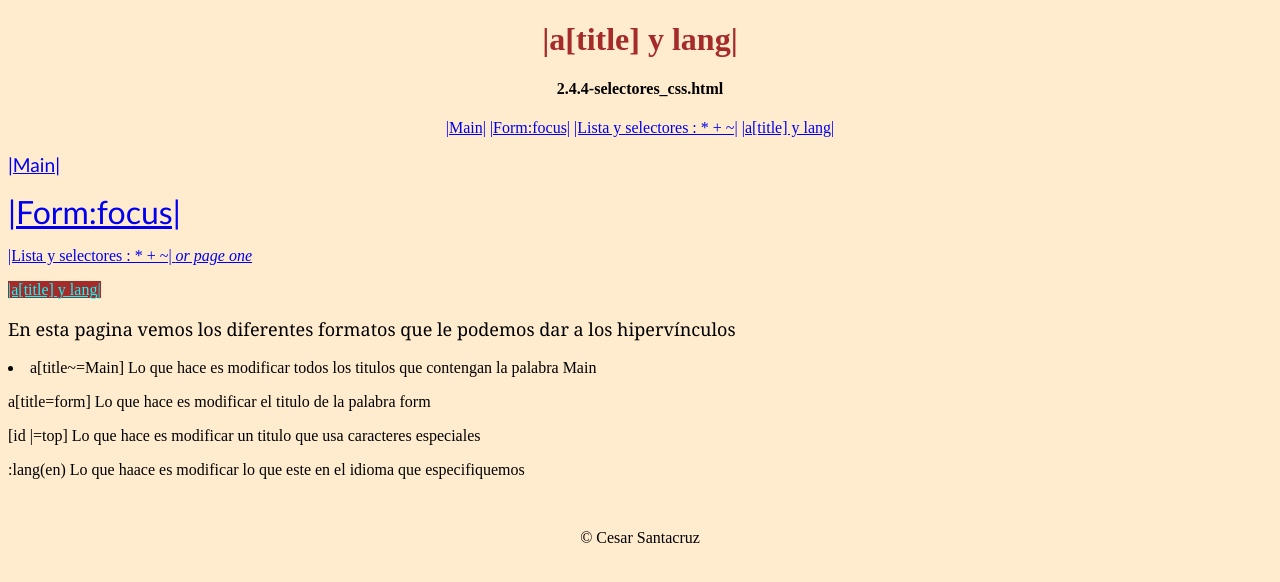
Repository: cesarsant0203/My_Study
Page: Introducción al desarrollo web/2-Css/2.4.4-selectores_css.html
An editor plug-in stored every save of this project. The page is shown before and after a run of saves, followed by the edit.
The browser window is 1280 px wide. The pictures show the whole page.

Above is the page before, as saved 2020-04-28 20:09:13.

### Introducción al desarrollo web/2-Css/2.4.4-selectores_css.html
<!DOCTYPE html>
<html lang="es">

<head>
    <meta charset="utf-8" />
    <title> Selectores CSS </title>
    <link href="2.4.4-selectores_css.css" rel="stylesheet" />
</head>

<body>

    <h1 id="titulo">|a[title] y lang|</h1>
    <h4>2.4.4-selectores_css.html</h4>
    <section id="mySection" class="box">
        <nav>
            <a href="2.4-selectores_css.html">|Main|</a>
            <a href="2.4.2-selectores_css.html">|Form:focus|</a>
            <a href="2.4.3-selectores_css.html">|Lista y selectores : * + ~|</a>
            <a href="2.4.4-selectores_css.html">|a[title] y lang|</a>
        </nav>
    </section>
    <section id="SectionTwo" class="box">
        <nav>
            <p>
                <a href="2.4-selectores_css.html" title="Main">|Main|</a>
            </p>
            <p>
                <a href="2.4.2-selectores_css.html" title="form">|Form:focus|</a>
            </p>
            <p>
                <a href="2.4.3-selectores_css.html" title="Pagina 1">|Lista y selectores : * + ~|
                    <span lang="en"> or page one</span></a>
            </p>
            <p>
                <a href="2.4.4-selectores_css.html" id="top-one">|a[title] y lang|</a>
            </p>
        </nav>
    </section>
    <article>
        <p id="p1">
            En esta pagina vemos los diferentes formatos que le podemos
             dar a los hipervínculos
        </p>
        <li>a[title~=Main] Lo que hace es modificar todos los titulos que contengan
            la palabra Main
        </p>
        <p>a[title=form] Lo que hace es modificar el titulo de la palabra form</p>
        <p>[id |=top] Lo que hace es modificar un titulo que usa caracteres
            especiales </p>
        <p>:lang(en) Lo que haace es modificar lo que este en el idioma que
            especifiquemos</p>
    </article>
    <footer>
        &copy Cesar Santacruz
    </footer>
</body>

</html>

### Introducción al desarrollo web/2-Css/2.4.4-selectores_css.css
/*a[title]{
    font-weight: bold;
}
*/
*{
    background-color: blanchedalmond;
}
h1#titulo, h4, section#mySection {
    text-align: center;
}
h1 {
    color: brown;
}

a[title=form]{
    font-family: 'Gill Sans', 'Gill Sans MT', Calibri, 'Trebuchet MS', sans-serif;
    font-size: xx-large;
}
a[id |=top] {
    background-color: brown;
    color: aqua;
}
a[title~=Main]{
    font-family: 'Gill Sans', 'Gill Sans MT', Calibri, 'Trebuchet MS', sans-serif;
    font-size: larger;
}
:lang(en){
    font-style: italic;
}
p#p1 {
    font-family: Georgia, 'Times New Roman', Times, serif;
    font-size: large;

}
footer {
    position: relative;
    margin-top: 50px;
    text-align: center;
    height: 30px;
}

After the next 7 saves:
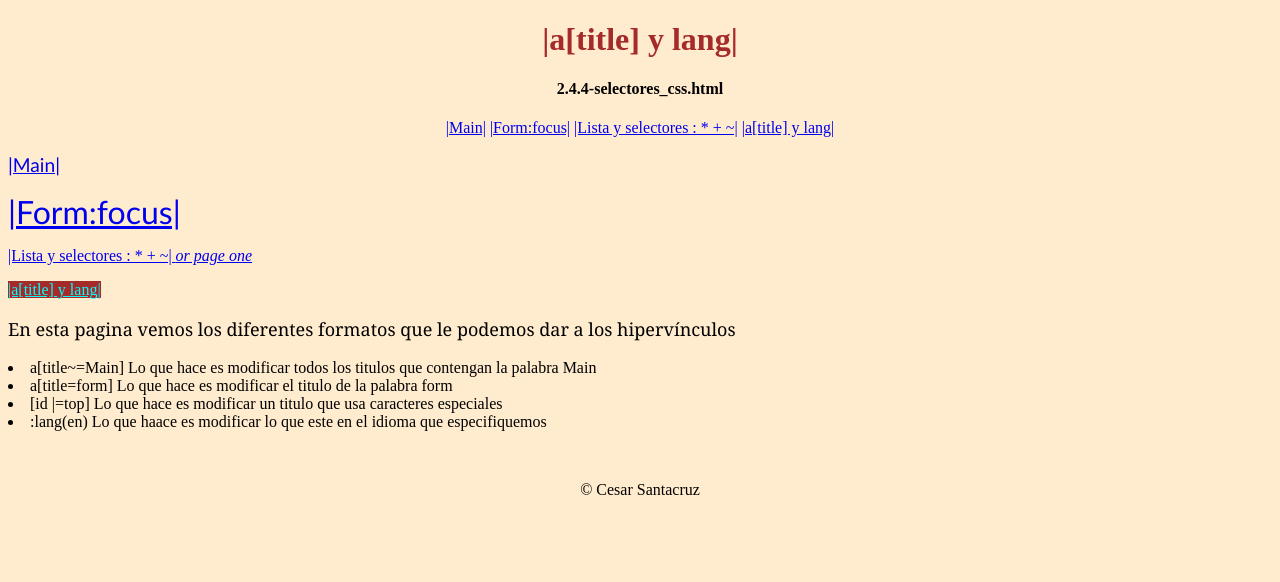
The 7 saves are shown as one change because they came seconds apart.
The last was saved 20 s later.
--- a/Introducción al desarrollo web/2-Css/2.4.4-selectores_css.html
+++ b/Introducción al desarrollo web/2-Css/2.4.4-selectores_css.html
@@ -43,11 +43,11 @@
         </p>
         <li>a[title~=Main] Lo que hace es modificar todos los titulos que contengan
             la palabra Main
-        </p>
-        <p>a[title=form] Lo que hace es modificar el titulo de la palabra form</p>
-        <p>[id |=top] Lo que hace es modificar un titulo que usa caracteres
-            especiales </p>
-        <p>:lang(en) Lo que haace es modificar lo que este en el idioma que
+        </li>
+        <li>a[title=form] Lo que hace es modificar el titulo de la palabra form</li>
+        <li>[id |=top] Lo que hace es modificar un titulo que usa caracteres
+            especiales </li>
+        <li>:lang(en) Lo que haace es modificar lo que este en el idioma que
             especifiquemos</p>
     </article>
     <footer>
